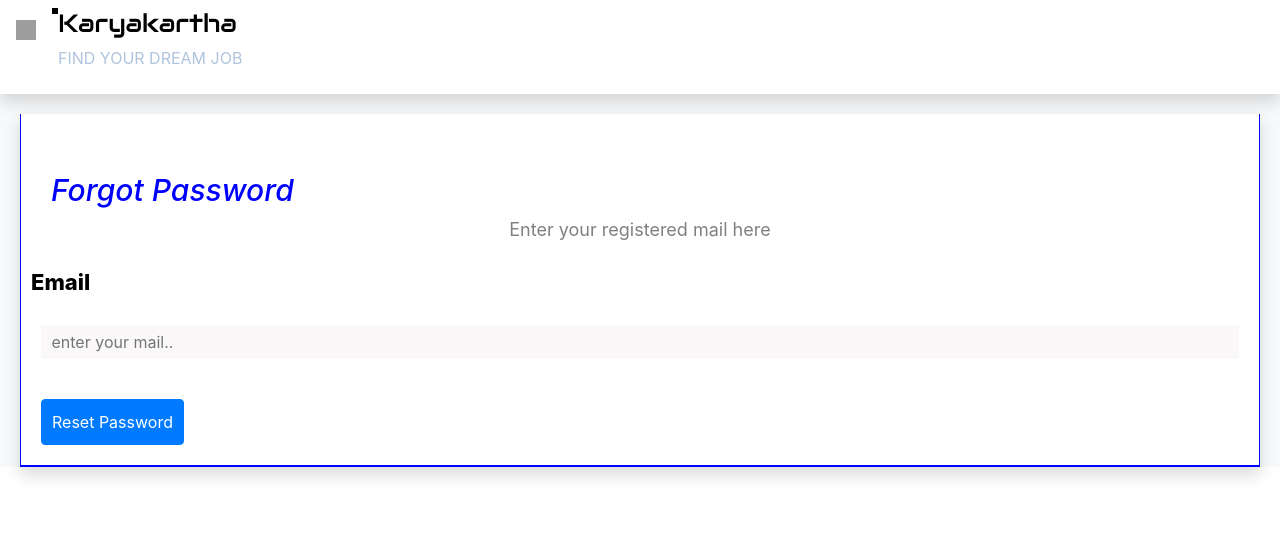
Repository: siri548/Karyakartha
Page: forgotPage.html
These files come from the project's save history. The page is drawn as it stood at one moment and after a run of saves; the edit follows.
The browser window is 1280 px wide. The pictures show the whole page.
Pictures or frames that could not be fetched are drawn as grey boxes.

Above is the page before, as saved 2023-11-04 17:56:51.
Console error (its wording comes from the project's code and is left out).

### forgotPage.html
<!DOCTYPE html>
<html lang="en">

<head>
    <meta charset="UTF-8">
    <meta name="viewport" content="width=device-width, initial-scale=1.0">
    <link rel="stylesheet" href="https://cdn.jsdelivr.net/npm/bootstrap@4.6.2/dist/css/bootstrap.min.css">
    <link rel="stylesheet" href="https://cdnjs.cloudflare.com/ajax/libs/font-awesome/6.4.0/css/all.min.css">

    <script src="https://cdn.jsdelivr.net/npm/bootstrap@4.6.2/dist/js/bootstrap.bundle.min.js" integrity="sha384-Fy6S3B9q64WdZWQUiU+q4/2Lc9npb8tCaSX9FK7E8HnRr0Jz8D6OP9dO5Vg3Q9ct" crossorigin="anonymous"></script>
    <script src="https://cdn.jsdelivr.net/npm/jquery@3.5.1/dist/jquery.slim.min.js" integrity="sha384-DfXdz2htPH0lsSSs5nCTpuj/zy4C+OGpamoFVy38MVBnE+IbbVYUew+OrCXaRkfj" crossorigin="anonymous"></script>
    <script src="https://cdn.jsdelivr.net/npm/popper.js@1.16.1/dist/umd/popper.min.js" integrity="sha384-9/reFTGAW83EW2RDu2S0VKaIzap3H66lZH81PoYlFhbGU+6BZp6G7niu735Sk7lN" crossorigin="anonymous"></script>

    <link rel="stylesheet" href="https://fonts.googleapis.com/css?family=Audiowide">

    <link rel="stylesheet" text="css/text" href="forgotPage.css">
</head>

<body>
    <div class="bg-forgotPage bg-light">
        <nav class="navbar navbar-expand-lg navbar-light bg-white shadow">
            <div class="d-flex flex-row justify-content-between">
                <div>
                    <a class=" navbar-brand " href="# ">
                        <i class="outer-icon bi bi-search ">
                      <img src = "D:\icons\trend.png " class = "inner-icon " />
                            </i>
                    </a>
                </div>
                <div class="forgotPage-verticlelineBrandname">
                </div>
                <div>
                    <h1 class="karykartaname">Karyakartha </h1>
                    <p class="karyakartha-tagline">FIND YOUR DREAM JOB</p>
                </div>
            </div> <button class=" navbar-toggler " type="button " data-toggle="collapse " data-target="#navbarNavAltMarkup " aria-controls="navbarNavAltMarkup " aria-expanded="false " aria-label="Toggle navigation ">
                    <span class="navbar-toggler-icon "></span>
                    </button>
            <div class="collapse navbar-collapse " id="navbarNavAltMarkup ">
                <div class="navbar-nav ml-auto ">
                    <a class="nav-link active " href="# ">
                        <span class="sr-only "></span>
                    </a>
                    <a class="nav-link " href="# "></a>
                    <a class="nav-link " href="# "></a>
                    <a class="nav-link " href="# "></a>
                </div>
            </div>
        </nav>
        <div class="forgotPage-card shadow">
            <div class="text-right ">

                <i class="forgotPage-closeIcon bi bi-x"></i>
            </div>

            <h1 class="forgotHeading ">Forgot Password</h1>
            <div class="text-center">
                <p class="forgotPage-para">Enter your registered mail here</p>
            </div>
            <div>
                <h1 class="forgotPage-emailHeading ">Email</h1>
            </div>
            <div class="forgotPage-inputContainer">
                <input type="text " placeholder=" enter your mail.." class="forgotPage-input">
                <div class="text-right "><i class="forgotPage-envelopeIcon bi bi-envelope-fill"></i>
                </div>
            </div>
            <button class="btn btn-primary forgotPage-resetButton">Reset Password</button>

        </div>
    </div>
</body>

</html>

### forgotPage.css
.bg-forgotpage {
    background-color: lightgrey;
}

.outer-icon {
    color: blue;
    width: 20px;
    height: 20px;
    background-size: cover;
}

.inner-icon {
    color: blue;
    font-size: 20px;
    width: 20px;
    height: 20px;
}

.forgotPage-verticlelineBrandname {
    width: 1px;
    height: 100%;
    background-color: black;
    padding: 3px;
}

.karykartaname {
    font-size: 25px;
    color: black;
    font-family: "Audiowide", sans-serif;
}

.forgotPage-card {
    background-color: white;
    border-color: blue;
    border-top: 0px;
    border-right: 1px solid blue;
    border-left: 1px solid blue;
    border-bottom: 2px solid blue;
    margin: 20px;
}

.forgotPage-closeIcon {
    color: black;
    font-size: 25px;
    padding-right: 10px;
}

.forgotHeading {
    color: blue;
    font-size: 30px;
    padding-left: 30px;
    padding-top: 20px;
    font-style: italic;
}

.karyakartha-tagline {
    color: lightsteelblue;
    font-size: 16px;
}

.forgotPage-para {
    color: grey;
    font-size: 18px;
}

.forgotPage-emailHeading {
    color: black;
    font-weight: 800;
    font-size: 22px;
    padding: 10px;
}

.forgotPage-envelopeIcon {
    color: rgb(29, 20, 20);
    font-size: 18px;
}

.forgotPage-inputContainer {
    background-color: rgb(250, 248, 248);
    padding: 4px;
    margin: 20px;
}

.forgotPage-input {
    background-color: rgb(250, 248, 248);
    border-width: 0px;
}

.forgotPage-resetButton {
    padding: 10px;
    text-align: center;
    margin: 20px;
    width: fit-content;
}

After the next 2 saves:
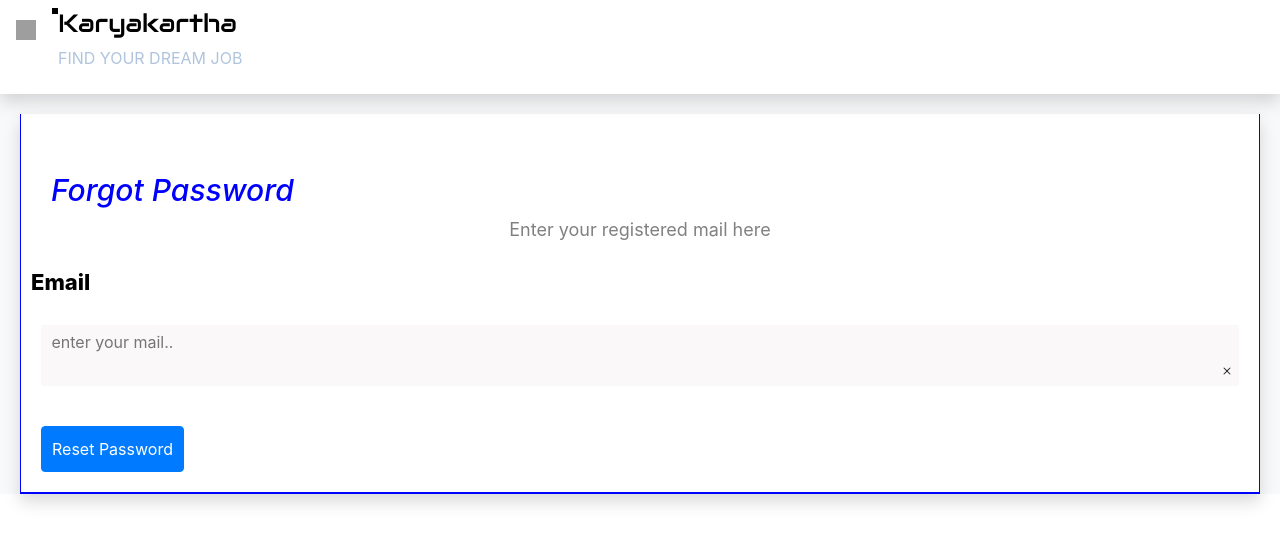
The 2 saves are shown as one change because they came seconds apart.
The last was saved 94 s later.
--- a/forgotPage.html
+++ b/forgotPage.html
@@ -63,6 +63,10 @@
             <div class="forgotPage-inputContainer">
                 <input type="text " placeholder=" enter your mail.." class="forgotPage-input">
                 <div class="text-right "><i class="forgotPage-envelopeIcon bi bi-envelope-fill"></i>
+
+                    <svg xmlns="http://www.w3.org/2000/svg" width="16" height="16" fill="currentColor" class="bi bi-x" viewBox="0 0 16 16">
+<path d     = "M4.646 4.646a.5.5 0 0 1 .708 0L8 7.293l2.646-2.647a.5.5 0 0 1 .708.708L8.707 8l2.647 2.646a.5.5 0 0 1-.708.708L8 8.707l-2.646 2.647a.5.5 0 0 1-.708-.708L7.293 8 4.646 5.354a.5.5 0 0 1 0-.708z"/>
+</svg>
                 </div>
             </div>
             <button class="btn btn-primary forgotPage-resetButton">Reset Password</button>
